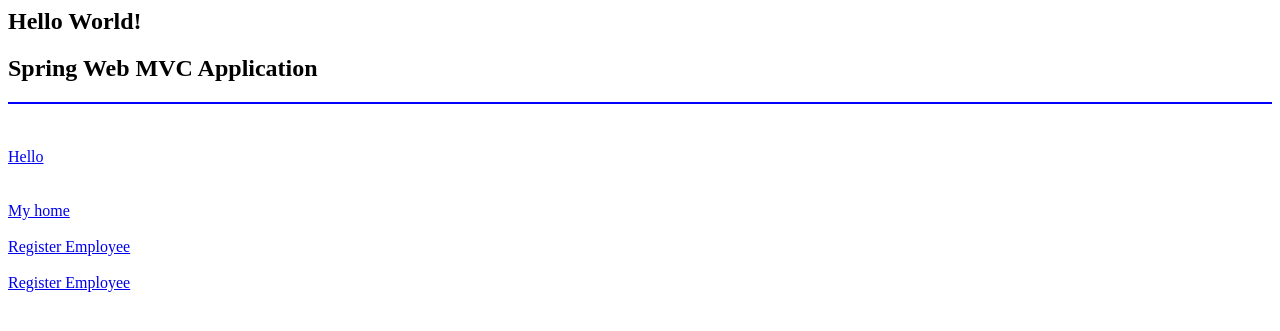
Repository: bharatiba/spring-training
Page: http://localhost/spring-web/
An editor plug-in stored every save of this project. The page is shown before and after the next save, followed by the edit.
The browser window is 1280 px wide. The pictures show the whole page.
The page is served by Tomcat 9. Other server files are loaded and not shown.

Above is the page before, as saved 2022-03-02 04:24:08.

### spring-web/src/main/webapp/index.jsp
<html>
<body>
<h2>Hello World!</h2>
<div>

<h2>Spring Web MVC Application</h2>
<hr color="blue">
<br><br>
<a href="Hello">Hello</a>
<br><br>

<br>
<a href="myHome">My home</a>
<br>

<br>
<a href="employeeform">Register Employee</a>
<br>


<br>
<a href="addEmployee">Register Employee</a>
<br>


</div>
</body>
</html>

After the next save:
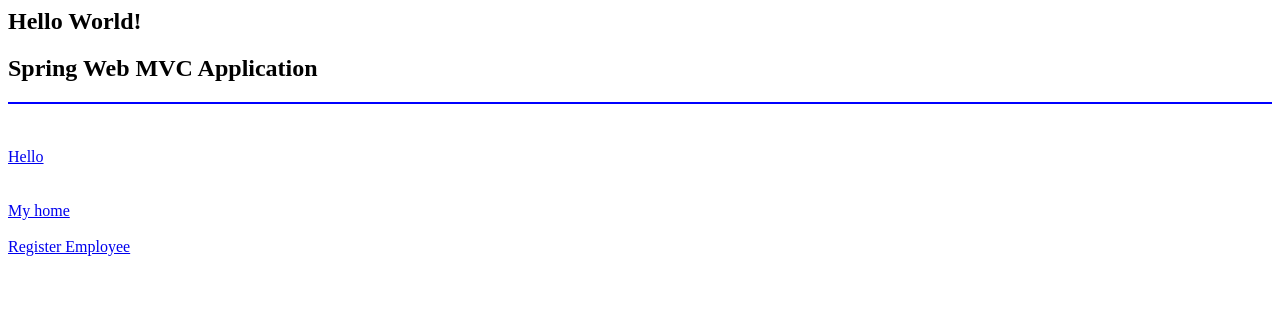
Saved 57 s later.
--- a/spring-web/src/main/webapp/index.jsp
+++ b/spring-web/src/main/webapp/index.jsp
@@ -18,9 +18,6 @@
 <br>
 
 
-<br>
-<a href="addEmployee">Register Employee</a>
-<br>
 
 
 </div>
